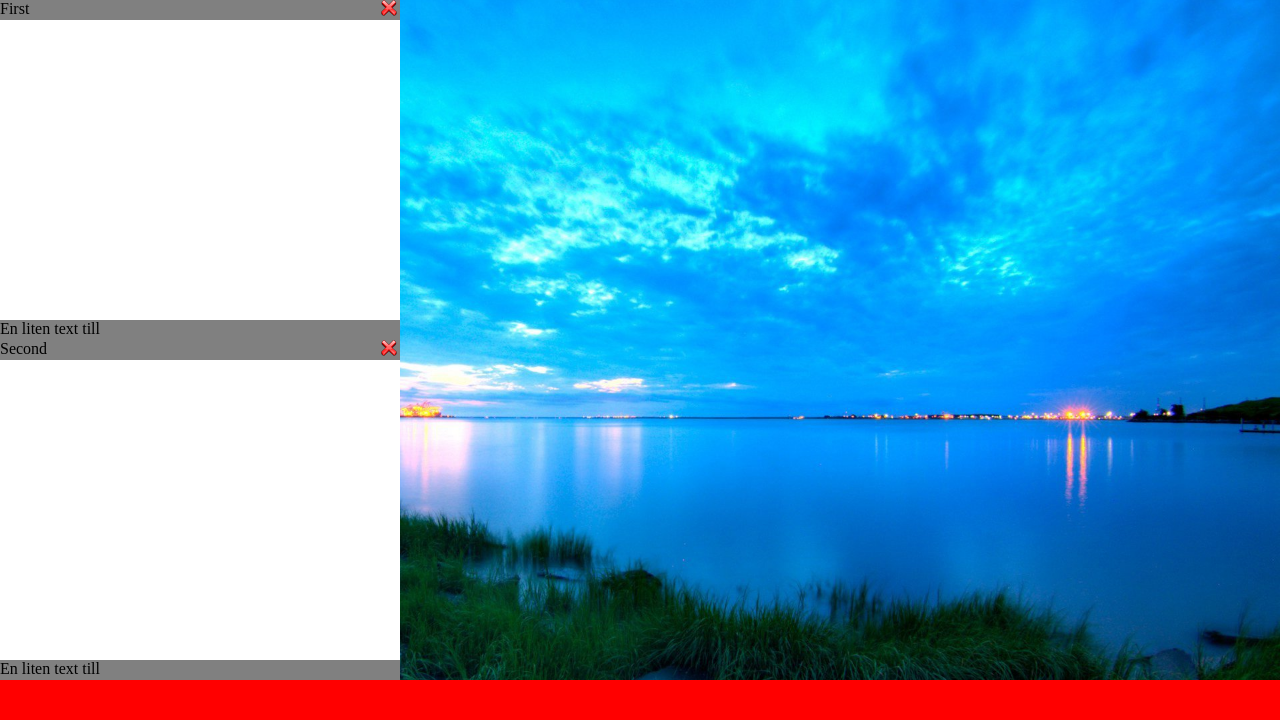
Repository: mc22dg/1dv403-laborationer
Page: Projekt/index.html
The author's editor kept a record of every edit. The page is drawn from the files as they stood at one moment, then again after the next edit.
The browser window is 1280 px wide. The pictures show the whole page.

Above is the page before.

### Projekt/index.html
<!DOCTYPE html>
<html lang="sv">
<head>
	<meta charset="UTF-8" />
 	<title>Martins Projekt 1dv403</title>
 	<link rel="stylesheet" href="style.css"/>

 	<script src="desktop.js"></script>
 	<script src="window.js"></script>
 	<script src="script.js"></script>

</head>
    <body>
        <div id="desktop">


            <template id="template">
                <div class="window">
                    <div class="headline"><div class="title">En liten text</div><img class="close" src ="pics/exit.png"></img></div>
                    <div class="box"></div>
                    <div class="underline"><div class="titel2">En liten text till</div></div>
                </div>



            </template>
            <div id="start"></div>

        </div>

    </body>
</html>

### Projekt/style.css
html, body
{
    width:100%;
    height:100%;
    margin:0;
    padding:0;

}
#desktop
{
    background-image: url("pics/background.jpg");
    background-size:cover;
    background-position:center;
    width:100%;
    height:100%;

}
.template{

}
.headline{
    background-color:gray;
    width:100%;
    height:20px;

}

.box{
    background-color:white;
    width:100%;
    height:300px;

}
.underline{
    background-color:gray;
    width:100%;
    height:20px;

}
#start{
    background-color:red;
    width:100%;
    height:40px;
    position:absolute;
    bottom:0px;

}

.window
{
    overflow: hidden;
    width: 400px;
}

.close{
    float:right;
    padding-right:3px;

}

.close:hover{
    transform:scale(1.1,1.1);
    background-color:red;
}

.title{
    float:left;
}

### Projekt/desktop.js
"use strict";

function Desktop()  //Konstruktor
{
    this.element = document.querySelector("#desktop")
}

### Projekt/window.js
"use strict";

function Window(desktop, title)   //Konstruktor
{
    var template = document.querySelector("#template"); //Hämtar template från index.html
    var windowTemplate = template.content.querySelector(".window"); //Hämtar window som ligger i template
    var w = windowTemplate.cloneNode(true); //Clonar det som står i windowTemplate och sätter det på variabeln w

    var titleElement = w.querySelector(".title"); //Title läggs i titleElement
    titleElement.innerHTML = title;
    desktop.element.appendChild(w);

}

### Projekt/script.js
"use script";


window.onload = function(){

    var desk = new Desktop();

    var wind = new Window(desk, "First"); // Första rutan, desk = referens till desktop.js, first = namnet på rutan

    var wind2 = new Window(desk, "Second") // Andra rutan

};

After the next edit:
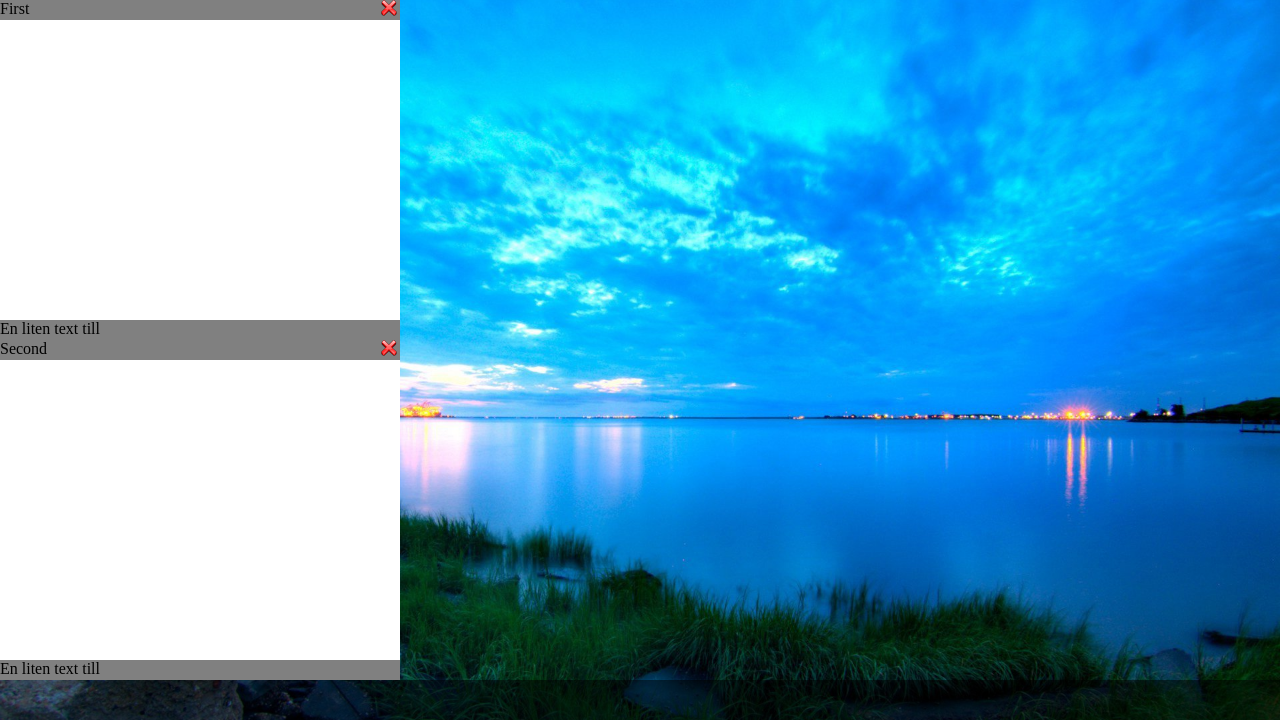
The edit:
--- a/Projekt/style.css
+++ b/Projekt/style.css
@@ -38,7 +38,8 @@
 
 }
 #start{
-    background-color:red;
+    background-color:black;
+    opacity:0.5;
     width:100%;
     height:40px;
     position:absolute;
